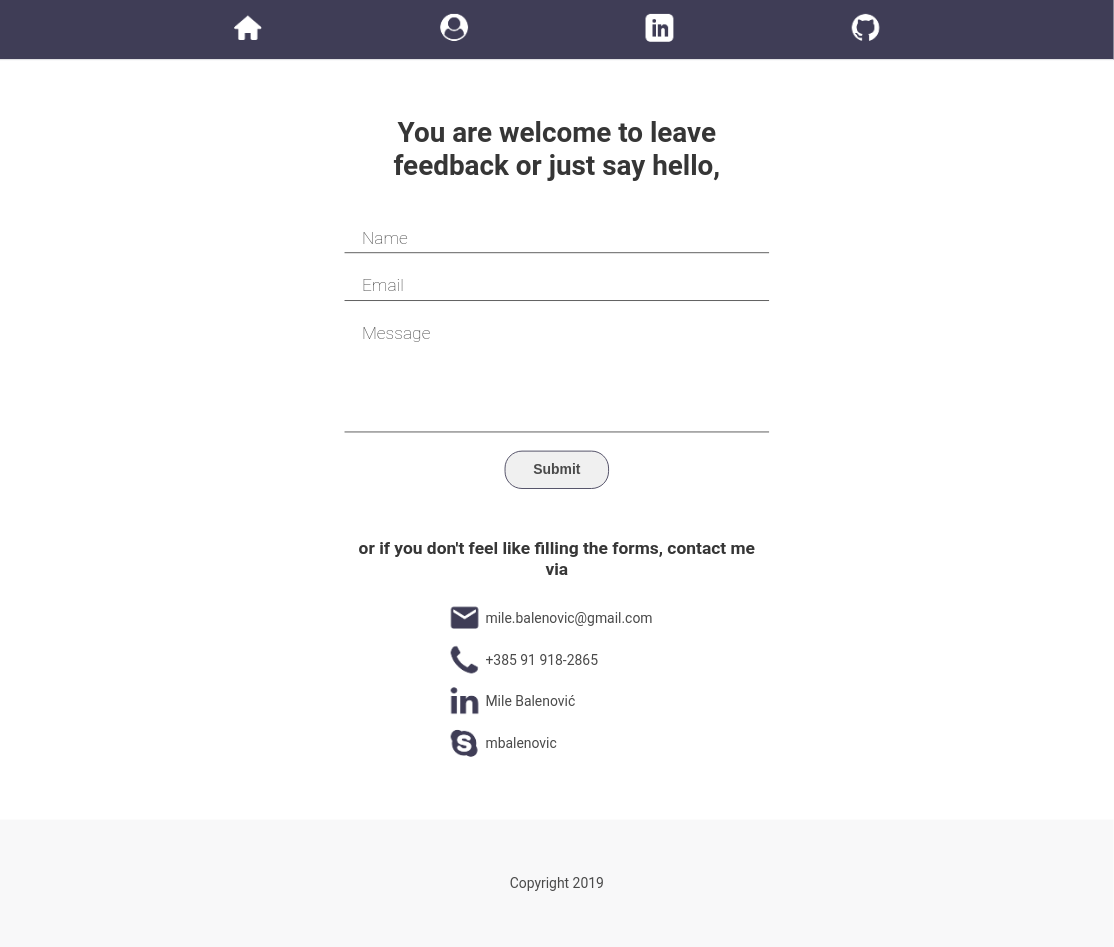
Repository: milac0/my-website
Page: /contact
An editor plug-in stored every save of this project. The page is shown before and after the next save, followed by the edit.
The browser window is 1280 px wide. The pictures show the whole page, at 87% of full size.
The project was rebuilt for these pictures with package versions that can differ from the ones it lists, and the page was loaded fresh each time. Also part of the build but not shown: src/components/Hero.js, src/components/AboutMe.js, src/components/Education.js, src/components/Experience.js, src/components/Projects.js, src/components/SectionCTA.js, src/pages/Home.js. Imported but missing from the stored project, and not drawn on this page: src/resume.pdf.

Above is the page before, as saved 2019-10-24 13:31:07.

After the next save:
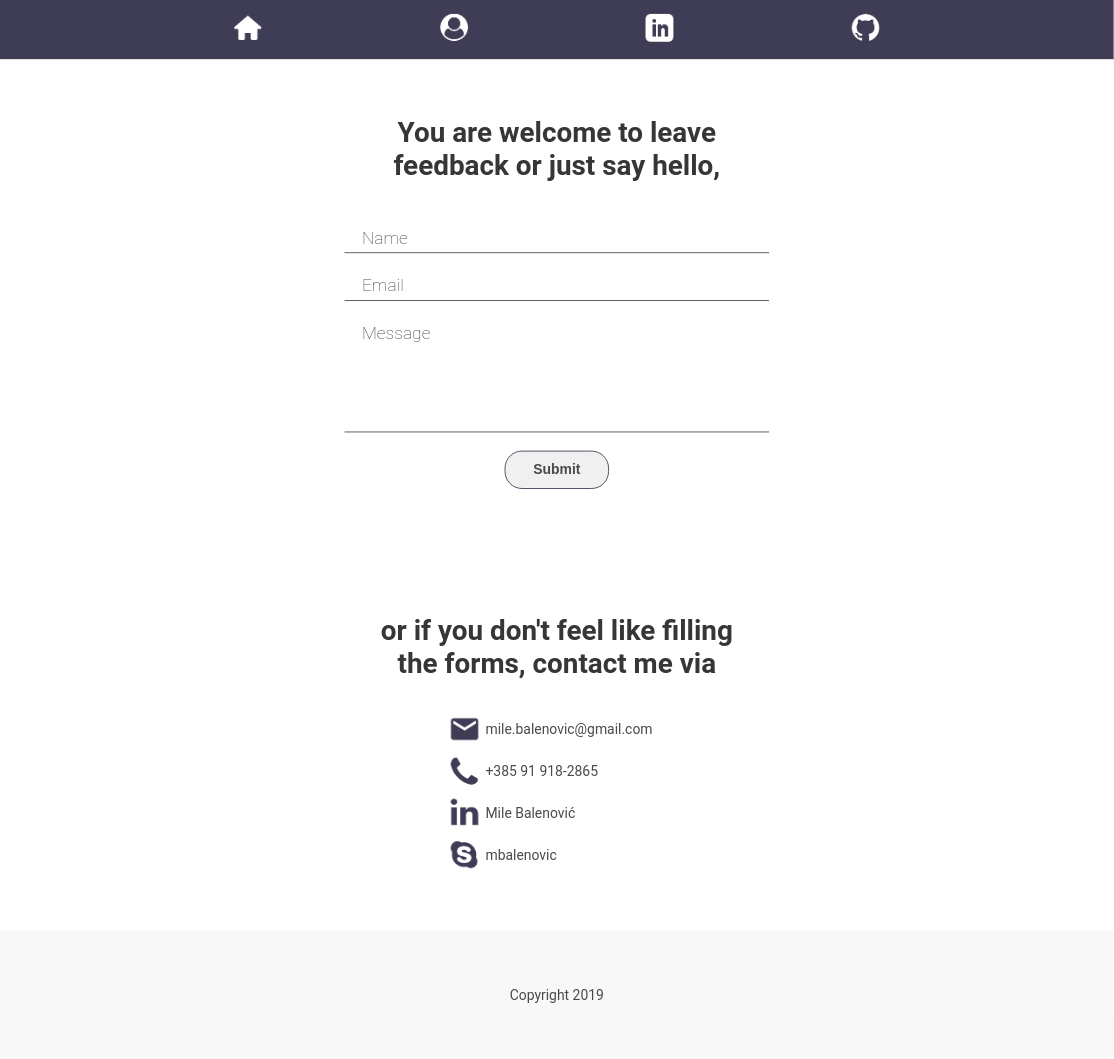
Saved 1 s later.
--- a/src/pages/contact.module.css
+++ b/src/pages/contact.module.css
@@ -35,5 +35,6 @@ span {
 }
 
 .otherContacts .contactTitle {
-    font-size: 1.25rem;
+    margin-top: 4em;
+    font-size: 2rem;
 }
